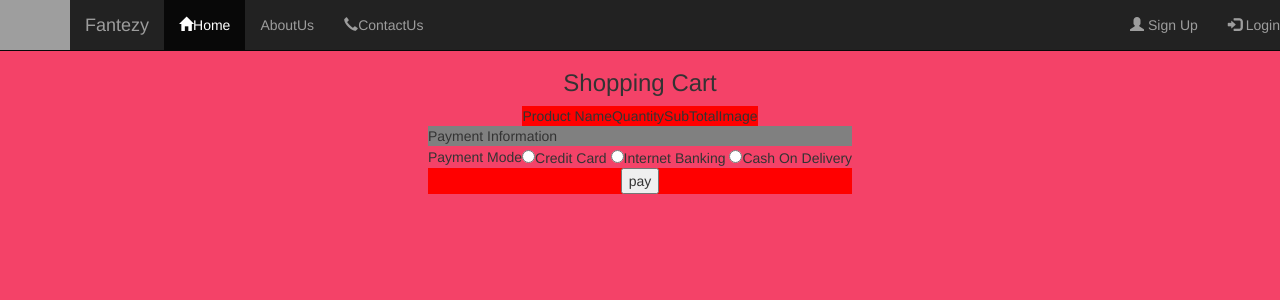
Repository: Safna93/eCommerce-project
Page: http://localhost/FantezyFrontendProject/WEB-INF/views/OrderConfirm.jsp
These files come from the project's save history. The page is drawn as it stood at one moment and after the next save; the edit follows.
The browser window is 1280 px wide. The pictures show the whole page.
Pictures or frames that could not be fetched are drawn as grey boxes. Some web libraries are served in a nearby version. The page is served by Tomcat 9. Nobody is signed in. Other server files are loaded and not shown. The template is opened directly, without the code that normally fills it, so the values that code supplies are empty.

Above is the page before, as saved 2017-07-11 17:37:27.

### Fantezy Project 1/Fantezy/FantezyFrontendProject/src/main/webapp/WEB-INF/views/OrderConfirm.jsp
<%@ page language="java" contentType="text/html"%>
 <%@ taglib uri="http://java.sun.com/jsp/jstl/core" prefix="c" %>
<%@include file="Header.jsp" %>
<table cellspacing="3" align="center" >
<tr>
<td colspan="5"><center><h3>Shopping Cart</h3></center></td>
</tr>
<tr>
<tr bgcolor="red">
<td>Product Name</td>
<td>Quantity</td>
<td>SubTotal</td>
<td>Image</td>
</tr>
<tr>

<c:forEach items="${cartitems }" var="cartitem">
<tr>
<td>${cartitem.prodname }</td>
<td>${cartitem.quantity }</td>
<td><input type="text" value="${cartitem.quantity }" name="quantity" required/></td>
<td>${cartitem.price * cartitem.quantity }</td>
<td><img src="<c:url value='/resources/images/${cartitem.prodid }.jsp'/>" width="100" height="100">
</tr>
<tr>
<td colspan="3">Grant Total</td>
<td>${grandtotal }</td>
</tr>
</table>
</c:forEach>


<table cellspacing="3" cellpadding="2" align="center">
<tr bgcolor="gray">
<td colspan="2">Payment Information</td>
</tr>

<tr>
<td>Payment Mode</td>
<td>
<input type="radio" name="pmode" value="CC" />Credit Card
<input type="radio" name="pmode" value="IB" />Internet Banking
<input type="radio" name="pmode" value="CD" />Cash On Delivery
</td>
</tr>
<tr bgcolor="red">
<td colspan="2"><center><input type="submit" value="pay" /></center></td>
</tr>


</table>
</body>
</html>

### Fantezy Project 1/Fantezy/FantezyFrontendProject/src/main/webapp/WEB-INF/views/Header.jsp
<!DOCTYPE html>
<html lang="en">
<head>
<title>Fatntezy-The Girlz Corner</title>
<meta charset="utf-8">
<meta name="viewport" content="width=device-width, initial-scale=1">
<%@ taglib uri="http://java.sun.com/jsp/jstl/core" prefix="c"%>
<link rel="stylesheet"
	href="https://maxcdn.bootstrapcdn.com/bootstrap/3.3.7/css/bootstrap.min.css">
<link href="<c:url value="/resources/css/Head.css" />" rel="stylesheet">
<script
	src="https://ajax.googleapis.com/ajax/libs/jquery/3.2.1/jquery.min.js"></script>
<script
	src="https://maxcdn.bootstrapcdn.com/bootstrap/3.3.7/js/bootstrap.min.js"></script>
</head>
<body>
<body style="background-color: #f44268">
	<div class="header">
		<div class="container">
			<header style="height: 50px;"></header>
			<!------------- Navbar -------------->
			<nav class="my-nav navbar navbar-inverse bs-dark navbar-fixed-top">
				<div class="navbar-header"></div>


				<div class="collapse navbar-collapse"
					id="bs-example-navbar-collapse-1">
					<ul class="nav navbar-nav">
						<div class="navbar-header">
							<a href="ioo" class="pull-left"><img
								src="http://cdn.wallpapersafari.com/62/23/dgHULI.jpg"
								width="70" height="50"></a>
							<div class="navbar-brand">Fantezy</div>


						</div>


						<li class="active"><a href="ioo"><span
								class="glyphicon glyphicon-home"></span>Home</a></li>

						<li><a href="AboutUs">AboutUs</a></li>
						<li><a href="ContactUs"><span
								class="glyphicon glyphicon-earphone"></span>ContactUs</a></li>


					</ul>
					<ul class="nav navbar-nav navbar-right">
						<li><a href="login"><span
								class="glyphicon glyphicon-log-in"></span> Login</a></li>
					</ul>
					<ul class="nav navbar-nav navbar-right">
						<li><a href="Register"><span
								class="glyphicon glyphicon-user"></span> Sign Up</a></li>

					</ul>
				</div>


				</li>
				</ul>
		</div>
		</nav>
	</div>

	<!----------- !Navbar End ------------>


	</div>

### Fantezy Project 1/Fantezy/FantezyFrontendProject/src/main/webapp/resources/css/Head.css


.bs-dark.navbar-inverse {
  background-color: #222;
  border-color: #080808;
}
.bs-dark .navbar-img {padding:5px 6px !important;}
.bs-dark .navbar-img img {width:40px;}
.bs-dark .dropdown-menu {
  min-width: 200px;
  padding: 5px 0;
  margin: 2px 0 0;
  background-color: #000;
  border: 1px solid rgba(0, 0, 0, 0.7);
  border: 1px solid rgba(0, 0, 0, .15);
  -webkit-box-shadow: 0 6px 12px rgba(0, 0, 0, .175);
          box-shadow: 0 6px 12px rgba(0, 0, 0, .175);
}

.bs-dark .dropdown-menu .divider {
  border: 1px solid rgba(0, 0, 0, 0.8);
}
.bs-dark .dropdown-menu > li > a {
  padding: 6px 20px;
  color: rgba(255,255,255,0.80);
}
.bs-dark .dropdown-menu > li > a:hover,
.bs-dark .dropdown-menu > li > a:focus {
  color: rgba(255,255,255,0.70);
  text-decoration: none;
  background-color: transparent;
}
.bs-dark .dropdown-menu > .active > a,
.bs-dark .dropdown-menu > .active > a:hover,
.bs-dark .dropdown-menu > .active > a:focus {
  color: rgba(255,255,255,0.70);
  text-decoration: none;
  background-color: transparent;
  outline: 0;
}

.bs-dark .navbar-form {
  margin:0;
  margin-top: 5px;
  padding:8px 0px;
}

.bs-dark .navbar-form .search-box {
  border:0px;
  height:35px;
  outline: none;
  width:320px;
  padding-right: 3px;
  padding-left: 15px;
  margin:4px;
  -webkit-border-radius: 22px;
  -moz-border-radius: 22px;
  border-radius: 22px;
}

.bs-dark .navbar-form button {
  border: 0;
  background: none;
  padding: 2px 5px;
  margin-top: 2px;
  position: relative;
  left: -34px;
  margin-bottom: 0;
  -webkit-border-radius: 3px;
  -moz-border-radius: 3px;
  border-radius: 3px;
}

.bs-dark .search-box:focus + button {
  z-index: 3;
}

@media (min-width: 768px) {
    .bs-dark .dropdown:hover {background-color: #000;}
	.bs-dark .dropdown:hover .dropdown-menu {
	  display: block;
	}
	.bs-dark .navbar-form {
	  padding:0px;
	}
	.bs-dark .navbar-form .search-box {
	  width:260px;
	  height:32px;
	}

}

After the next save:
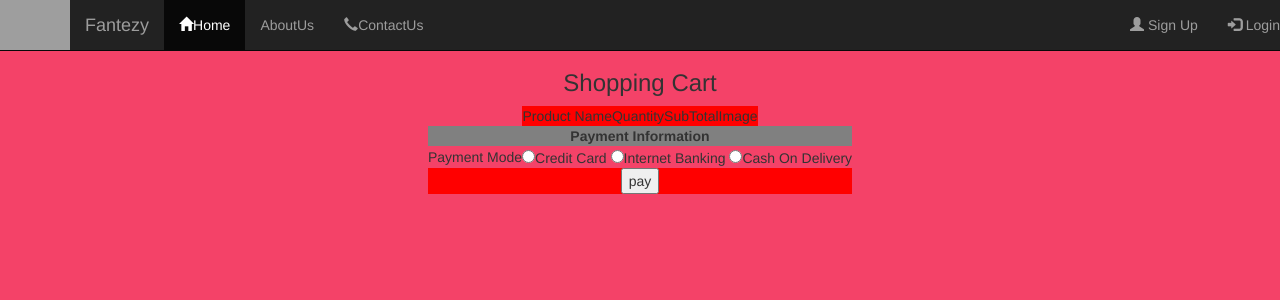
Saved 47 s later.
--- a/Fantezy Project 1/Fantezy/FantezyFrontendProject/src/main/webapp/WEB-INF/views/OrderConfirm.jsp
+++ b/Fantezy Project 1/Fantezy/FantezyFrontendProject/src/main/webapp/WEB-INF/views/OrderConfirm.jsp
@@ -32,7 +32,7 @@
 
 <table cellspacing="3" cellpadding="2" align="center">
 <tr bgcolor="gray">
-<td colspan="2">Payment Information</td>
+<td colspan="2"><center><strong>Payment Information</strong></center></td>
 </tr>
 
 <tr>
